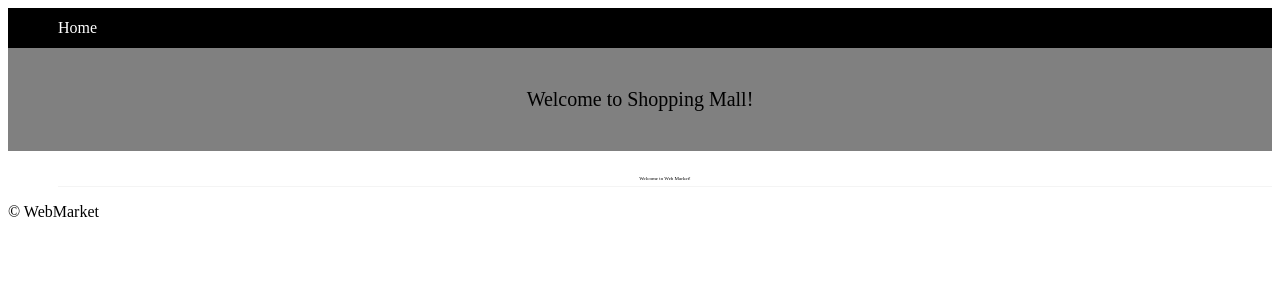
Repository: sunyeongan/Univ_lecture
Page: http://localhost/week7_jsp/ex5.jsp
An editor plug-in stored every save of this project. The page is shown before and after the next save, followed by the edit.
The browser window is 1280 px wide. The pictures show the whole page.
The page is served by Tomcat 9.

Above is the page before, as saved 2022-04-14 03:08:29.

### WebSever_2022/work/week7/week7_jsp/src/main/webapp/ex5.jsp
<%@ page language="java" contentType="text/html; charset=EUC-KR"
    pageEncoding="EUC-KR"%>
<!DOCTYPE html>
<html>
<head>
<meta charset="EUC-KR">
<title>Insert title here</title>
<style>
	div{
		text-align : center;
	}
	.site{
		height : 40px;
		line-height : 40px;
		background-color : black;
		padding-left : 50px;
	}
	.main{
		padding : 20px 0;
		background-color : grey;
		font-size : 20px;

	}
	.mid{
		font-size : 5px;
		padding-top : 20px;
		margin-left : 50px;
		border-bottom : 1px solid rgb(244,244,244);

	}
	.bar{
		color:white;
		text-decoration : none;
	}

</style>
</head>
<body>

<nav class="site">
	<a class ="bar" href="./환영.jsp">Home</a>
</nav>


<div class="main">
	<p>Welcome to Shopping Mall!</p>
</div>


<div class = "mid">
	<p>Welcome to Web Market!</p>
</div>


<footer class="">
<p>&copy; WebMarket</p>
</footer>
</body>
</html>

After the next save:
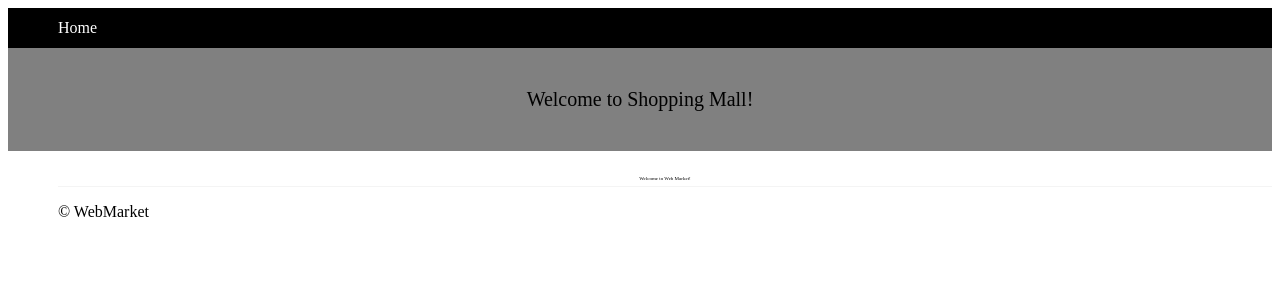
Saved 35 s later.
--- a/WebSever_2022/work/week7/week7_jsp/src/main/webapp/ex5.jsp
+++ b/WebSever_2022/work/week7/week7_jsp/src/main/webapp/ex5.jsp
@@ -32,6 +32,9 @@
 		color:white;
 		text-decoration : none;
 	}
+	.footer{
+		margin-left : 50px;
+	}
 
 </style>
 </head>
@@ -52,7 +55,7 @@
 </div>
 
 
-<footer class="">
+<footer class="footer">
 <p>&copy; WebMarket</p>
 </footer>
 </body>
